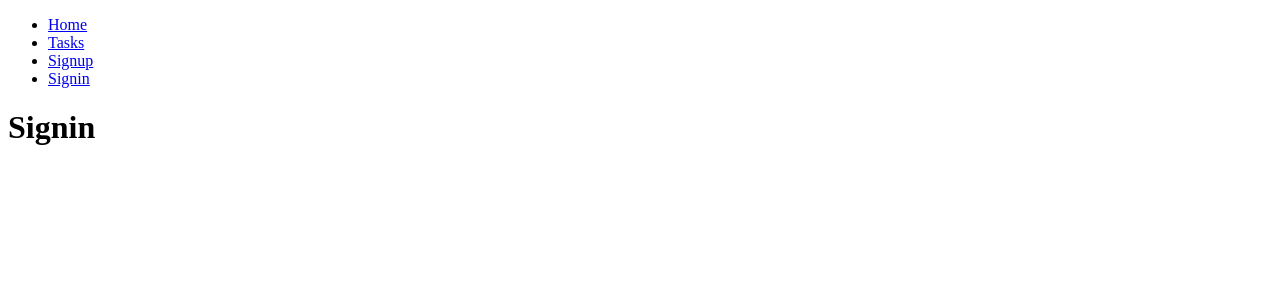
Repository: dbettancourt/django-auth-crud
Page: http://localhost/signin/
The author's editor kept a copy of each file at every save. The page is drawn from the files as they stood at one save, then again after the next save.
The browser window is 1280 px wide. The pictures show the whole page.
The page is served by the project's application, run on Django 4.2 (manage.py).

Above is the page before, as saved 2023-06-03 14:42:32.

After the next save:
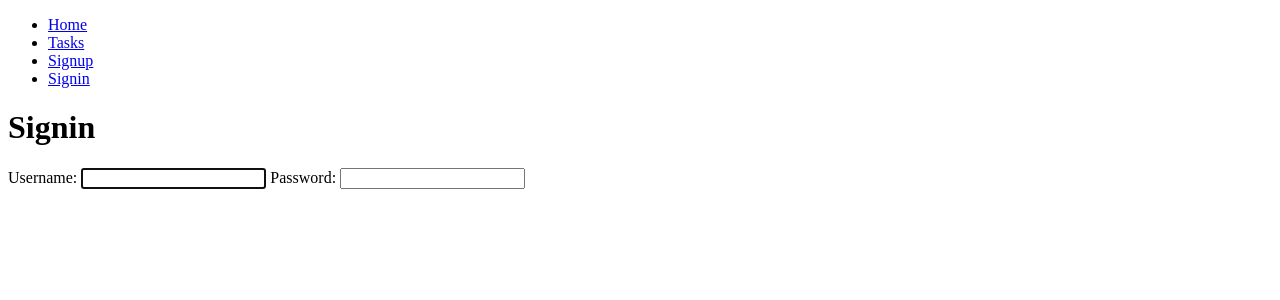
Saved 29 s later.
--- a/tasks/templates/signin.html
+++ b/tasks/templates/signin.html
@@ -2,4 +2,6 @@
 
 {% block content %}
 <h1>Signin</h1>
+
+{{form}}
 {% endblock %}
